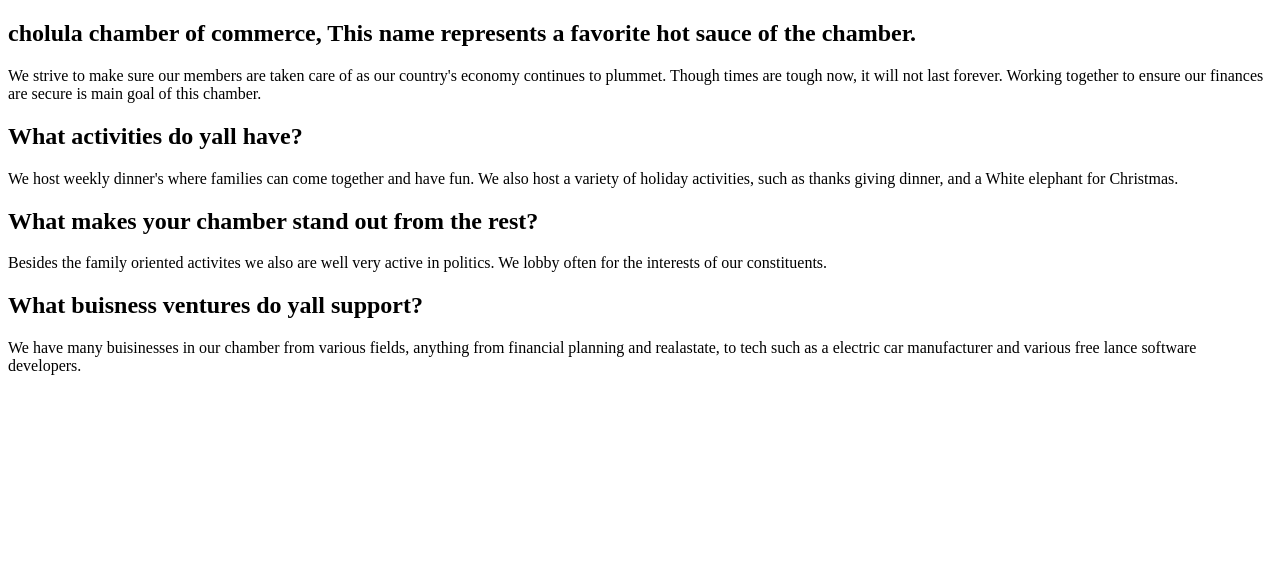
Repository: nak97/WDD230
Page: lesson03/chamber-site-plan.html
The author's editor kept a copy of each file at every save. The page is drawn from the files as they stood at one save, then again after the next save.
The browser window is 1280 px wide. The pictures show the whole page.

Above is the page before, as saved 2023-09-29 18:33:42.

### lesson03/chamber-site-plan.html
<!DOCTYPE html>
<html lang="en">
<head>
  <meta charset="UTF-8">
  <meta name="viewport" content="width=device-width, initial-scale=1.0">
  <meta name="description" content="WDD 230 - Nicholas Keen  - Web Frontend Development chamber-site-plan">
  <meta name="author" content="Nicholas Keen">
  <meta property="og:title" content="facebook"/>
  <meta property="og:type" content="website" />
  <meta property="og:url" content="facebook.com" />
  <meta property="og:image" content="images/facebook-meta-tag-pic.png" />
  <title>Chamber site plan</title>
  <link rel="stylesheet" href="styles/base.css">
</head>
<body>
  <main>
    <section class="site-name">
      <h1>
        cholula chamber of commerce, This name represents a favorite hot sauce of the chamber.
      </h1>
    </section>

    <section class="site-purpose">
      We strive to make sure our members are taken care of as our country's economy continues to plummet.
      Though times are tough now, it will not last forever. Working together to ensure our finances are secure
      is main goal of this chamber.
    </section>

    <section class="scenarios">
      <h1>What activities do yall have?</h1>
      <p>We host weekly dinner's where families can come together and have fun.
        We also host a variety of holiday activities, such as thanks giving dinner, and a White elephant for Christmas. </p>
      <h1>What makes your chamber stand out from the rest?</h1>
      <p>Besides the family oriented activites we also are well very active in politics. We lobby often for the interests
        of our constituents.  </p>
        <h1>What buisness ventures do yall support?</h1>
        <p>We have many buisinesses in our chamber from various fields, anything from financial planning and realastate, to tech such as a electric car manufacturer and various free lance software developers.  </p>
    </section>

    <section class="color-schema">

    </section>

    <section class="typography">

    </section>

    <section class="Wireframe">
      <img src="" alt="">
    </section>
  </main>
</body>
</html>

Loaded but not shown: lesson03/styles/base.css (no stored copy; drawn as an empty file)

After the next save:
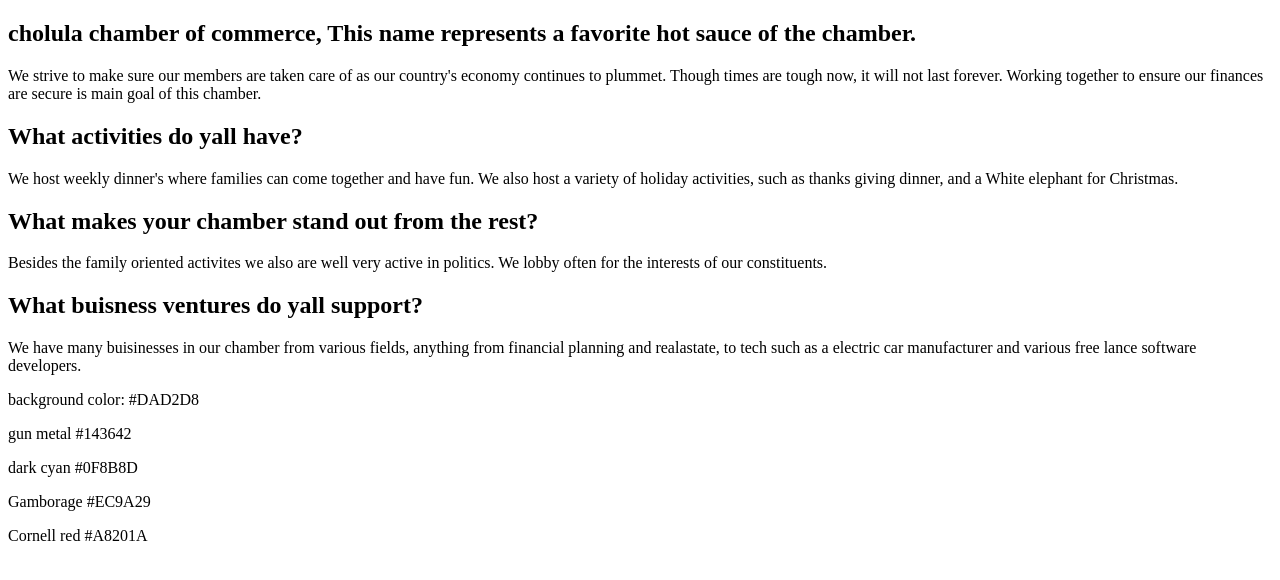
Saved 23 h 30 min later.
--- a/lesson03/chamber-site-plan.html
+++ b/lesson03/chamber-site-plan.html
@@ -38,8 +38,13 @@
     </section>
 
     <section class="color-schema">
-
-    </section>
+      <p>background color: #DAD2D8</p>
+      <P>gun metal #143642</P>
+      <P>dark cyan #0F8B8D</P>
+      <p>Gamborage #EC9A29</p>
+      <p>Cornell red #A8201A</p>
+      <p></p>
+      </section>
 
     <section class="typography">
 
